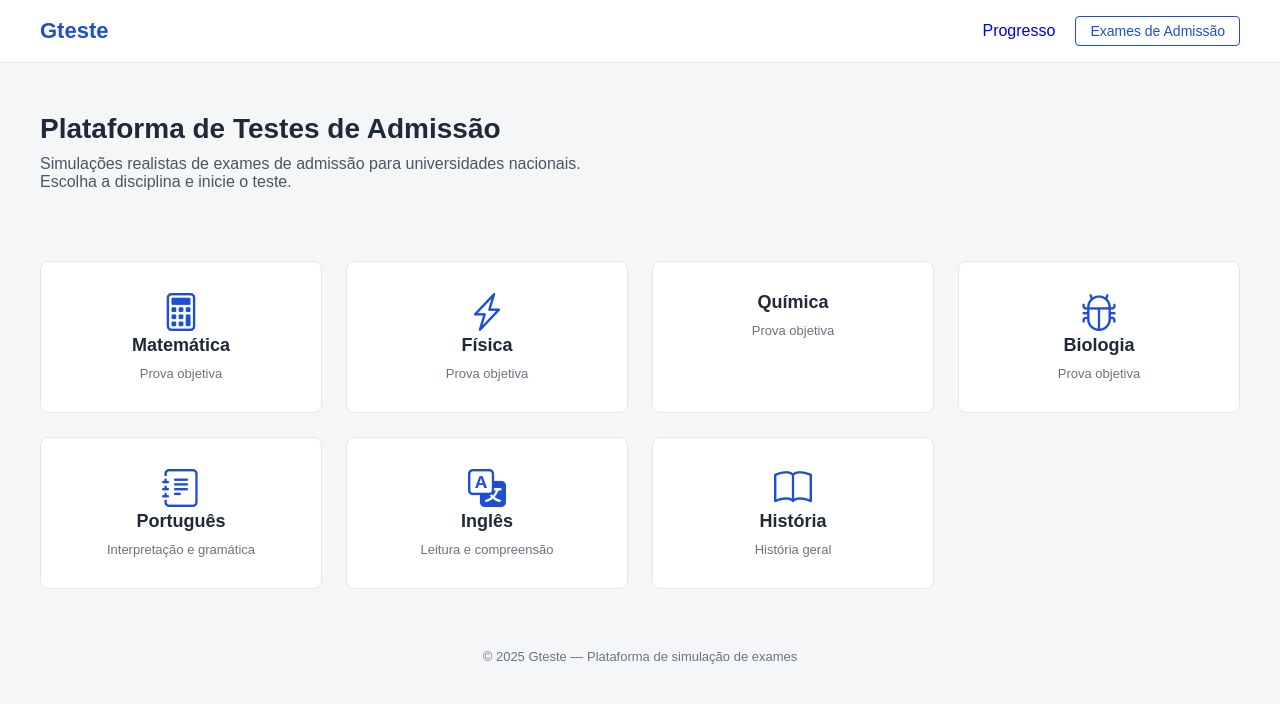
Repository: juvencio009/infratech-web
Page: index.html
The author's editor kept a copy of each file at every save. The page is drawn from the files as they stood at one save, then again after the next save.
The browser window is 1280 px wide. The pictures show the whole page.

Above is the page before, as saved 2025-12-17 22:59:26.

After the next save:
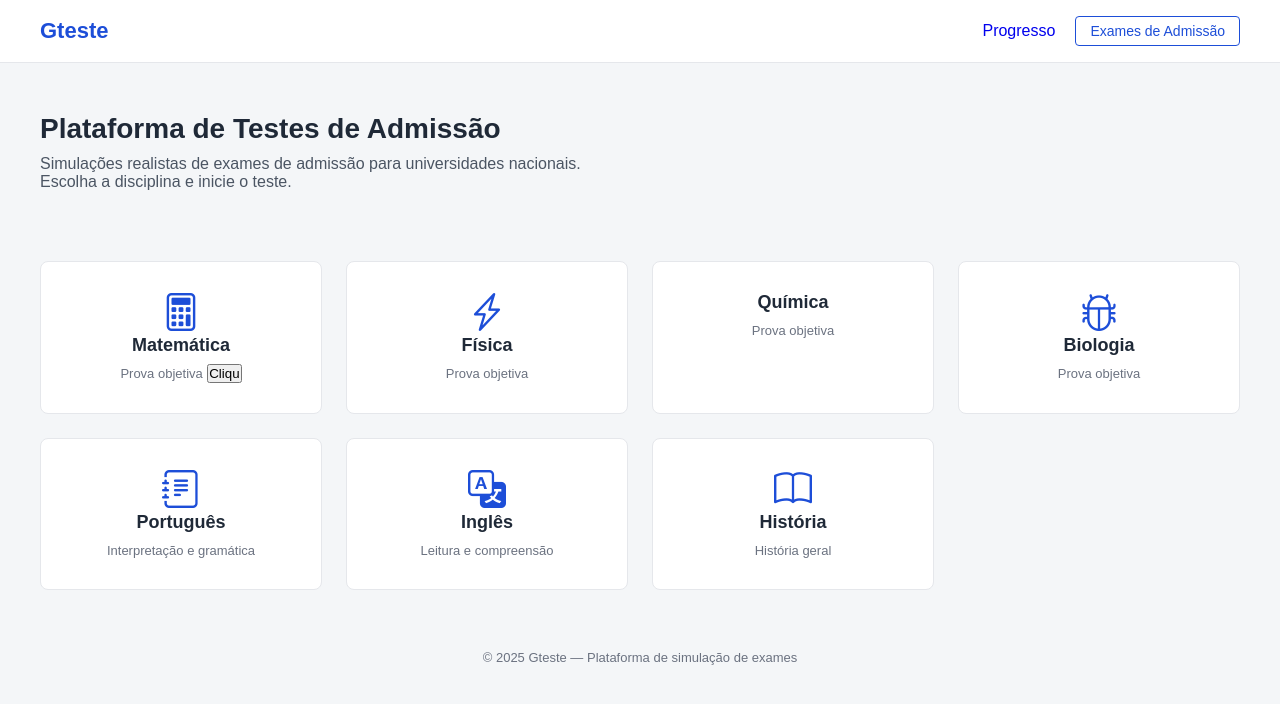
Saved 105 s later.
--- a/index.html
+++ b/index.html
@@ -139,6 +139,7 @@
       <i class="bi bi-calculator"></i>
       <h3>Matemática</h3>
       <span>Prova objetiva</span>
+      <button>Cliqu</button>
     </div>
 
     <div class="card" onclick="openQuiz('fisica')">
